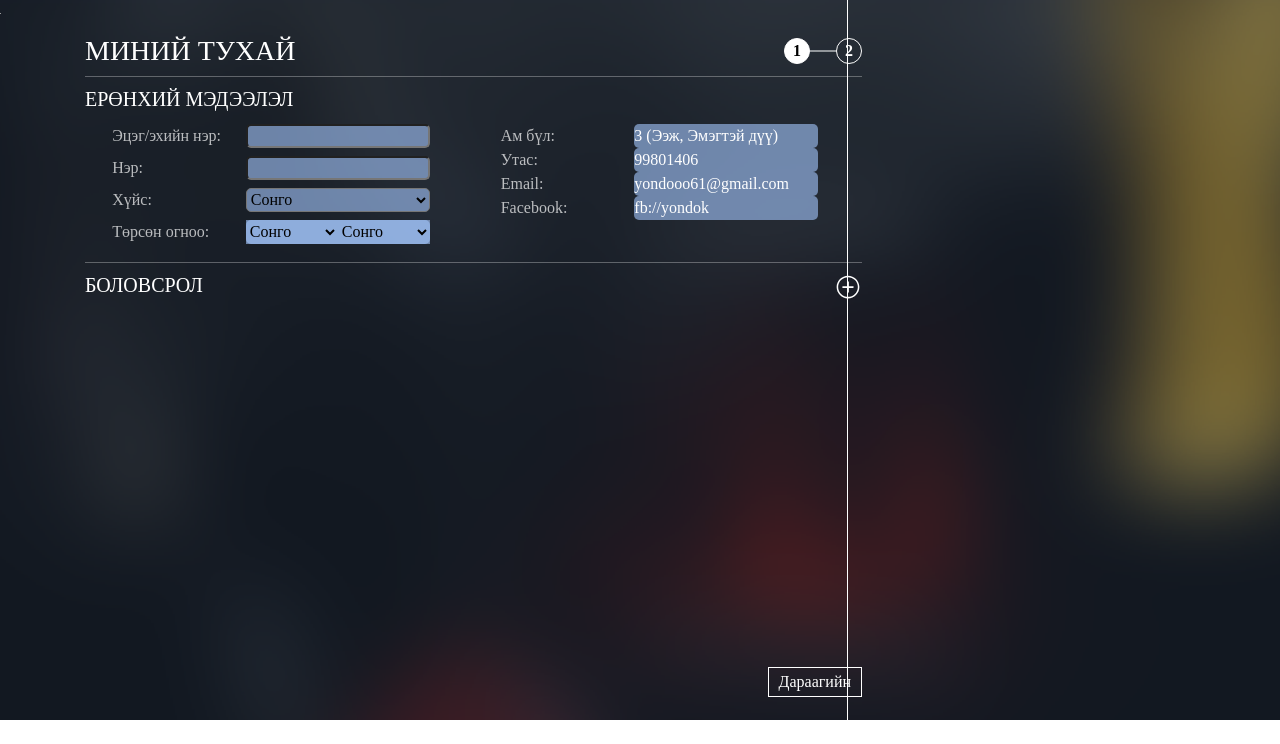
Repository: Yondo202/svProject
Page: /
An editor plug-in stored every save of this project. The page is shown before and after the next save, followed by the edit.
The browser window is 1280 px wide. The pictures show the whole page.
The project was rebuilt for these pictures with package versions that can differ from the ones it lists, and the page was loaded fresh each time. The framework's server and built-in components were replaced by stand-ins that run in the browser. Also part of the build but not shown: next.config.js, style/style.scss.

Above is the page before, as saved 2020-11-20 01:36:06.

### pages/_app.js
import React from "react";
import App from "next/app";
import '../style/style.scss'
import { AnimatePresence } from "framer-motion";
import { MenuProvider } from "@/miscs/ContextMenuProvider";
import { ThemeProvider } from "styled-components";
import * as theme from "@/miscs/theme";
import checkLanguage from "@/components/miscs/checkLanguage";

const base = "http://localhost:1337";

class MyApp extends App {
    state = {
        menu: [],
        completelyLoaded: false,
    };
    // async componentDidMount() {
    //     let res = await checkLanguage(queryString, null);
    //     this.setState({ completelyLoaded: true, menu: res.data.menu.Main});
    // }

    render() {
        const { Component, pageProps, router } = this.props;

        return (
            <ThemeProvider theme={theme}>
                <MenuProvider value={this.state}>
                    <AnimatePresence exitBeforeEnter>
                        <Component {...pageProps} key={router.route} />
                    </AnimatePresence>
                </MenuProvider>
            </ThemeProvider>
        );
    }
}

export default MyApp;

const queryString = ``

// const queryString = `
// {
// menu {
//     Main {
//     Title Slug Page {
//         Slug
//         }
//         }
//     }
// }`;

### pages/_document.js
import css from '../style/style.scss'
import Document, { Html, Head, Main, NextScript } from 'next/document'
import Pixel from "@/components/miscs/Pixel";

class MyDocument extends Document {
    render(){
        return(
            <Html lang="mn">
                <Head>
                    <link rel="stylesheet" href="https://stackpath.bootstrapcdn.com/bootstrap/4.3.1/css/bootstrap.min.css" integrity="sha384-ggOyR0iXCbMQv3Xipma34MD+dH/1fQ784/j6cY/iJTQUOhcWr7x9JvoRxT2MZw1T" crossOrigin="anonymous"/>
                    <link rel="shortcut icon" href="/img/ico.png" />
                    <link href="https://fonts.googleapis.com/css2?family=Roboto:wght@300;400;700&display=swap" rel="stylesheet"/>
                    <link href="https://fonts.googleapis.com/css2?family=Poppins:wght@300;400;500&display=swap" rel="stylesheet"></link>
                    <Pixel/>
                </Head>
                <body>
                    <Main/>
                    <NextScript/>
                </body>
            </Html>
        )
    }
}

export default MyDocument

### pages/index.js
import React from "react";
import { motion } from "framer-motion";
import Background from '../components/Top'
import Forms from '../components/mainForm'

function index() {
    return (
        <div>
            <Background />
            <Forms />
        </div>
    )
}

export default index




























// import Root from "@/core/Root";
// import ResolveComponent from "@/components/dynamic/ResolveComponent"
// import checkLanguage from "@/components/miscs/checkLanguage";
// import { MenuContext } from '@/miscs/ContextMenuProvider'
// import { useContext } from "react";

// const Index = ({ data }) => {

//     let { Layout } = data
//     const { completelyLoaded } = useContext(MenuContext);

//     return (
//         <motion.div exit={{ opacity: 0 }} initial={{ opacity: 0 }} animate={{ opacity: 1 }} >
//             <Root noFooter>
//                 {completelyLoaded &&
//                     <ResolveComponent data={Layout} />
//                 }
//             </Root>
//         </motion.div>
//     );

// };
// export default Index;

// export async function getServerSideProps({ params, req }) {
//     let res = await checkLanguage('/home', req, true);
//     return { props: { data: res.data } }
// }

### components/miscs/ContextMenuProvider.js
import React from 'react';

const MenuContext = React.createContext();

const MenuProvider = MenuContext.Provider
const MenuConsumer = MenuContext.Consumer

export {MenuProvider, MenuConsumer, MenuContext}

### components/miscs/theme.js
export const colorOne = "#532532";
export const colorTwo = "#123123";
export const fontSize = "16px";
export const fontFamily1 = "Poppins', sans-serif"

### components/miscs/checkLanguage.js
import fetch from "node-fetch";
import parseCookies from '@/miscs/parseCookies';

const checkLanguage = async (queryString, req, normal) =>{

    const cookies = parseCookies(req);
    const httpObject = { method: 'post', headers: { 'Content-Type': 'application/json'}, body: JSON.stringify({ query: `query ${queryString}`})}

    if(normal){
        return new Promise(async(resolve, reject) => {
            if(cookies['tb-lang'] === "en"){
                const res = await fetch(`http://localhost:1337${queryString}`);
                const pageData = await res.json();
                return resolve({data: pageData});
            }
            else{
                const res = await fetch(`http://localhost:1337${queryString}`);
                const pageData = await res.json();
                return resolve({data: pageData});
            }
        })
    }

    return new Promise(async(resolve, reject)=>{
      if(cookies['tb-lang'] === "en"){
          const res = await fetch('http://localhost:1337/graphql', httpObject)
          const pageData = await res.json()
          return resolve({data: pageData.data});
      }
      else{
          const res = await fetch('http://localhost:1337/graphql', httpObject)
          const pageData = await res.json()
          return resolve({data: pageData.data});
      }
    })

}

export default checkLanguage

### components/miscs/Pixel.js
import React from "react";

export default () => (
    <React.Fragment>
        <script
            dangerouslySetInnerHTML={{
                __html: `!function(f,b,e,v,n,t,s){if(f.fbq)return;n=f.fbq=function(){n.callMethod?n.callMethod.apply(n,arguments):n.queue.push(arguments)};if(!f._fbq)f._fbq=n;n.push=n;n.loaded=!0;n.version='2.0';n.queue=[];t=b.createElement(e);t.async=!0;t.src=v;s=b.getElementsByTagName(e)[0];s.parentNode.insertBefore(t,s)}(window,document,'script','https://connect.facebook.net/en_US/fbevents.js');fbq('init', '626874991348714'); fbq('track', 'PageView');`,
            }}
        />
        <noscript
            dangerouslySetInnerHTML={{
                __html: `<img height="1" width="1" src="https://www.facebook.com/tr?id=626874991348714&ev=PageView&noscript=1"/>`,
            }}
        />
    </React.Fragment>
);

### components/Top.js
// import React from 'react';

// const Test = ({data}) => {
//     return (
//         <div>
//             {data.Title && <h1>{data.Title}hahhaha</h1>}
//         </div>
//     );
// };

// export default Test;

import React from 'react'
import styled from 'styled-components'
function top({data}) {
    return (
        <Conainer style={{backgroundImage:"url('/img/Blur.png')"}}>
        </Conainer>
    )
}

export default top


const Conainer = styled.div`
    color:white;
    background-size: cover;
    background-position:center center;
    min-height: 80vh;
    max-height: 100vh;
    height: 100vh;
    width: 100%;
    position: fixed;
    top:0;
    z-index: -2;
`

### components/miscs/parseCookies.js
import cookie from 'cookie'

export default function parseCookies(req) {
    return cookie.parse(req ? req.headers.cookie || "" : document.cookie);
}

### components/form1.js
import React,{useState} from 'react'
import styled from 'styled-components'
import Modal from 'react-modal';
import {IoIosAddCircleOutline} from 'react-icons/io'
import {RiAddLine} from 'react-icons/ri'
import Education from '../components/education'
import Axios from 'axios';


const customStyles = {
    content : {
      top                   : '50%',
      left                  : '50%',
      right                 : 'auto',
      bottom                : 'auto',
      marginRight           : '-50%',
      transform             : 'translate(-50%, -50%)'
    }
  };

function form1() {
    var subtitle;
    const [modalIsOpen,setIsOpen] = React.useState(false);
    function openModal() {
      setIsOpen(true);
    }
    function closeModal(){
    setIsOpen(false);
    }
    const [Value,setValue] = useState('хоосон');


    const handleClick = async (e) =>{
        e.preventDefault();
        let rs = document.querySelectorAll('.getinput');
        let arr = Array.from(rs);
        let final = {};
        arr.map(element=>{
            let field = element.name;
            let value = element.value;
            final[field] = value
        });
        console.log(final, "kekeke")
        await Axios.post('http://localhost:1337/forms', final);
    }
    // const capitalize = (s) => {
    //     if (typeof s !== 'string') return ''
    //     return s.charAt(0).toUpperCase() + s.slice(1)
    //   }

    return (
        <Conainer>
            <div className="headerPAr">
                <h5 className="title">ЕРӨНХИЙ МЭДЭЭЛЭЛ</h5>
            </div>
            <div className="ParentInfo">
                <div className="colOne">
                    <div className="main-info">
                        <label className="B">Эцэг/эхийн нэр:</label>
                        <input className="getinput val" type="text" name="parent" />
                    </div>
                    <div className="main-info">
                        <label className="B">Нэр:</label>
                        <input className="getinput val" type="text" name="name" />
                    </div>
                    <div className="main-info">
                        <label className="B">Хүйс:</label>
                        <select className="getinput val" name="sex" placeholder="сүно">
                            <option value="" >Сонго</option>
                            <option value="man">Эрэгтэй</option>
                            <option value="women">Эмэгтэй</option>
                        </select>
                    </div>
                    <div className="main-info">
                        <label className="B">Төрсөн огноо:</label>
                        <div className="val">
                            <select className="getinput childs" name="sex" placeholder="сүно">
                                <option value="" >Сонго</option>
                                <option value="man">Эрэгтэй</option>
                                <option value="women">Эмэгтэй</option>
                            </select>
                            <select className="getinput childs" name="sex" placeholder="сүно">
                                <option value="" >Сонго</option>
                                <option value="man">Эрэгтэй</option>
                                <option value="women">Эмэгтэй</option>
                            </select>
                        </div>

                    </div>
                </div>

                <div className="colOne">
                    <div className="main-info">
                        <span className="B">Ам бүл:</span>
                        <span className="val">3 (Ээж, Эмэгтэй дүү)</span>
                    </div>
                    <div className="main-info">
                        <span className="B">Утас:</span>
                        <span className="val">99801406</span>
                    </div>
                    <div className="main-info">
                        <span className="B">Email:</span>
                        <span className="val">yondooo61@gmail.com</span>
                    </div>
                    <div className="main-info">
                        <span className="B">Facebook:</span>
                        <span className="val">fb://yondok</span>
                    </div>
                </div>
            </div>

            <Education />
        </Conainer>
    )
}

export default form1

const Conainer = styled.div`
    padding-top:10px;
    .headerPAr{
        width:70%;
        display:flex;
        flex-direction:row;
        justify-content:space-between;
        margin-bottom:5px;
        .svgBtn{
            cursor:pointer;
            font-size:28px;
            border-radius:50%;
            transition:all 0.3s ease;
            &:hover{
                color:black;
                background:white;
            }
        }
    }
    .ParentInfo{
         display:flex;
         flex-direction: row;
         justify-content:space-around;
         width:70%;
         font-size:16px;
         border-bottom: solid 0.5px rgba(255,255,255, 0.3);
         padding-bottom:10px;
         .colOne{
             width:43%;
             .main-info{
                display:flex;
                flex-direction:row;
                justify-content:start;

                 .B{
                     color:rgba(255,255,255, 0.7);
                     width:40%;
                 }
                 .val{
                    border-radius:5px;
                    width:55%;
                    background:rgba(166,200,255, 0.6);
                    height:24px;
                    .childs{
                        background:rgba(166,200,255, 0.6);
                        height:24px;
                        width:50%;
                        border:none;
                    }
                 }
             }
         }
    }
    @media only screen and (max-width:786px){
        .headerPAr{
            width:100%;
        }
        .ParentInfo{
            flex-direction: column;
            width:100%;
            .colOne{
                width:100%;
            }
        }
    }
`

### components/form2.js
import React from 'react'
import styled from 'styled-components'
import Modal from 'react-modal';
import {IoIosAddCircleOutline} from 'react-icons/io'
import {RiAddLine} from 'react-icons/ri'
import Education from '../components/education'


const customStyles = {
    content : {
      top                   : '50%',
      left                  : '50%',
      right                 : 'auto',
      bottom                : 'auto',
      marginRight           : '-50%',
      transform             : 'translate(-50%, -50%)'
    }
  };

function form2() {
    var subtitle;
    const [modalIsOpen,setIsOpen] = React.useState(false);
    function openModal() {
      setIsOpen(true);
    }
    function afterOpenModal() {
        // references are now sync'd and can be accessed.
        subtitle.style.color = '#0E3232';
      }
    function closeModal(){
    setIsOpen(false);
    }
    return (
        <Conainer>
            <div className="headerPAr">
                <h5 className="title">ЕРӨНХИЙ МЭДЭЭЛЭЛ</h5>
                <div>
                <IoIosAddCircleOutline  className="svgBtn" onClick={openModal} />
                {/* <span  className="svgBtn" onClick={openModal}>+</span> */}
                    <Modal
                        isOpen={modalIsOpen}
                        onAfterOpen={afterOpenModal}
                        onRequestClose={closeModal}
                        style={customStyles}
                        contentLabel="Example Modal"
                    >
                        {/* <h2 ref={_subtitle => (subtitle = _subtitle)}>Hello</h2> */}
                        <button onClick={closeModal}>close</button>
                        <form>
                            {/* <input />
                            <button>tab navigation</button>
                            <button>stays</button>
                            <button>inside</button>
                            <button>the modal</button> */}
                        </form>
                    </Modal>
                    </div>
                </div>
            <div className="ParentInfo">
                <div className="colOne">
                    <div className="main-info">
                        <span className="B">Эцэг/эхийн нэр:</span>
                        <span className="val">Гантулга</span>
                    </div>
                    <div className="main-info">
                        <span className="B">Нэр:</span>
                        <span className="val">Ёндонжамц</span>
                    </div>
                    <div className="main-info">
                        <span className="B">Хүйс:</span>
                        <span className="val">Эр</span>
                    </div>
                    <div className="main-info">
                        <span className="B">Төрсөн огноо:</span>
                        <span className="val">1996-05-10</span>
                    </div>
                </div>

                <div className="colOne">
                    <div className="main-info">
                        <span className="B">Ам бүл:</span>
                        <span className="val">3 (Ээж, Эмэгтэй дүү)</span>
                    </div>
                    <div className="main-info">
                        <span className="B">Утас:</span>
                        <span className="val">99801406</span>
                    </div>
                    <div className="main-info">
                        <span className="B">Email:</span>
                        <span className="val">yondooo61@gmail.com</span>
                    </div>
                    <div className="main-info">
                        <span className="B">Facebook:</span>
                        <span className="val">fb://yondok</span>
                    </div>
                </div>
            </div>

            <Education />
        </Conainer>
    )
}

export default form2

const Conainer = styled.div`
    padding-top:10px;
    .headerPAr{
        width:70%;
        display:flex;
        flex-direction:row;
        justify-content:space-between;
        margin-bottom:5px;
        .svgBtn{
            cursor:pointer;
            font-size:28px;
            border-radius:50%;
            transition:all 0.3s ease;
            &:hover{
                color:black;
                background:white;
            }
        }
    }
    .ParentInfo{
         display:flex;
         flex-direction: row;
         justify-content:space-around;
         width:70%;
         font-size:16px;
         border-bottom: solid 0.5px rgba(255,255,255, 0.3);
         padding-bottom:10px;
         .colOne{
             width:43%;
             .main-info{
                display:flex;
                flex-direction:row;
                justify-content:space-between;

                 .B{
                     color:rgba(255,255,255, 0.7);
                     width:40%;
                 }
                 .val{
                    // margin-left:15px;
                    width:55%;
                 }
             }
         }
    }
`

### components/education.js
import React from 'react'
import styled from 'styled-components'
import {IoIosAddCircleOutline} from 'react-icons/io'
import Modal from 'react-modal';

const customStyles = {
    content : {
      top                   : '50%',
      left                  : '50%',
      right                 : 'auto',
      bottom                : 'auto',
      marginRight           : '-50%',
      transform             : 'translate(-50%, -50%)'
    }
  };
function education() {
    var subtitle;
    const [modalIsOpen,setIsOpen] = React.useState(false);
    function openModal() {
      setIsOpen(true);
    }
    function afterOpenModal() {
        // references are now sync'd and can be accessed.
        subtitle.style.color = '#0E3232';
      }
    function closeModal(){
    setIsOpen(false);
    }


    return (
        <Container>
            <div className="headerPAr">
                <h5 className="title">БОЛОВСРОЛ</h5>
                <div>
                <IoIosAddCircleOutline className="svgBtn" onClick={openModal} />
                    <Modal
                        isOpen={modalIsOpen}
                        onAfterOpen={afterOpenModal}
                        onRequestClose={closeModal}
                        style={customStyles}
                        contentLabel="Example Modal"
                    >
                        <h2 ref={_subtitle => (subtitle = _subtitle)}>Hello</h2>
                        <button onClick={closeModal}>close</button>
                        <form>
                            <input />
                            <button>tab navigation</button>
                            <button>stays</button>
                            <button>inside</button>
                            <button>the modal</button>
                        </form>
                    </Modal>
                    </div>
                </div>
        </Container>
    )
}

export default education


const Container = styled.div`
    padding-top:10px;

`

Loaded but not shown: components/mainForm.js (180 lines, source omitted)

After the next save:
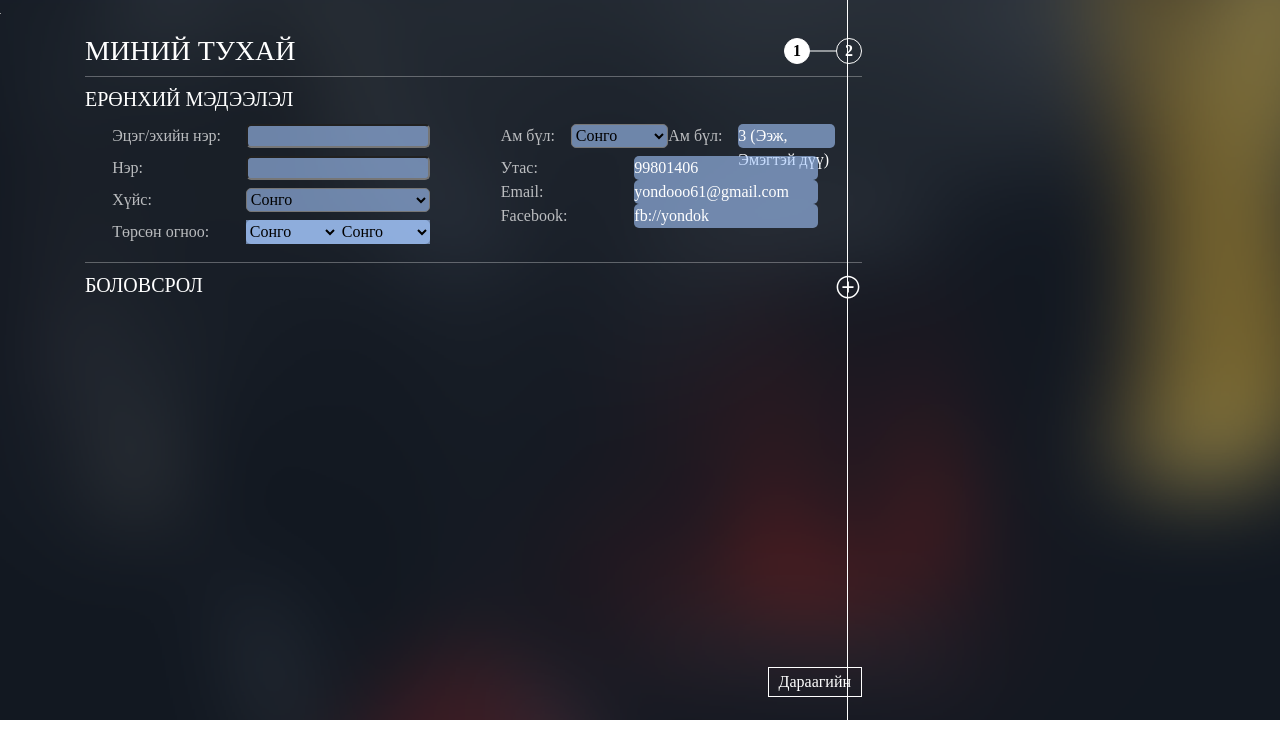
Saved 95 s later.
--- a/components/form1.js
+++ b/components/form1.js
@@ -91,6 +91,12 @@ function form1() {
 
                 <div className="colOne">
                     <div className="main-info">
+                    <label className="B">Ам бүл:</label>
+                    <select className="getinput val" name="sex" placeholder="сүно">
+                            <option value="" >Сонго</option>
+                            <option value="man">Эрэгтэй</option>
+                            <option value="women">Эмэгтэй</option>
+                    </select>
                         <span className="B">Ам бүл:</span>
                         <span className="val">3 (Ээж, Эмэгтэй дүү)</span>
                     </div>
